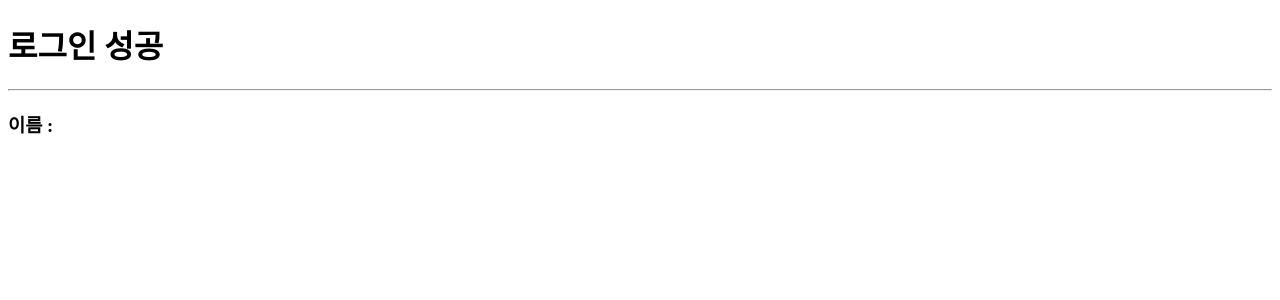
Repository: yjeongyjeong/jsp
Page: http://localhost/web-study-04/04_main.jsp
These files come from the project's save history. The page is drawn as it stood at one moment and after the next save; the edit follows.
The browser window is 1280 px wide. The pictures show the whole page.
The page is served by Tomcat 9.

Above is the page before, as saved 2023-10-11 02:07:59.

### web-study-04/src/main/webapp/04_main.jsp
<%@ page language="java" contentType="text/html; charset=UTF-8"
    pageEncoding="UTF-8"%>
<!DOCTYPE html>
<html>
<head>
<meta charset="UTF-8">
<title>Insert title here</title>
</head>
<body>
	<h1>로그인 성공</h1>
	<hr>
	<h3>이름 : <% request.getParameter("id"); %></h3>
</body>
</html>

After the next save:
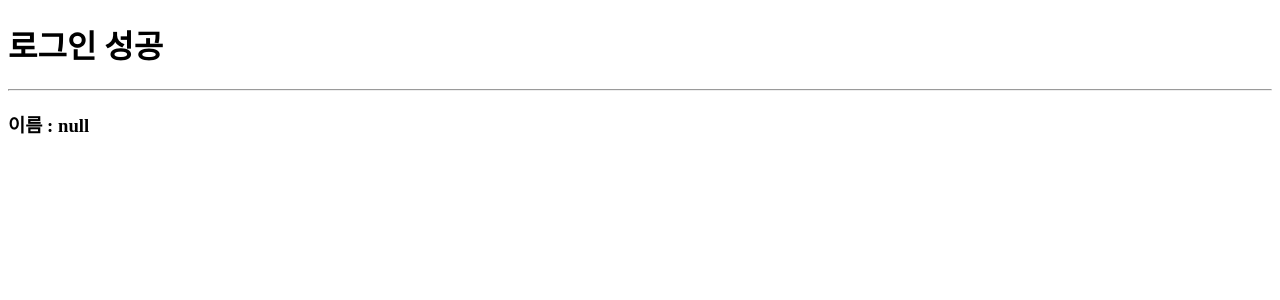
Saved 25 s later.
--- a/web-study-04/src/main/webapp/04_main.jsp
+++ b/web-study-04/src/main/webapp/04_main.jsp
@@ -9,6 +9,6 @@
 <body>
 	<h1>로그인 성공</h1>
 	<hr>
-	<h3>이름 : <% request.getParameter("id"); %></h3>
+	<h3>이름 : <% out.print(request.getParameter("id")); %></h3>
 </body>
 </html>
